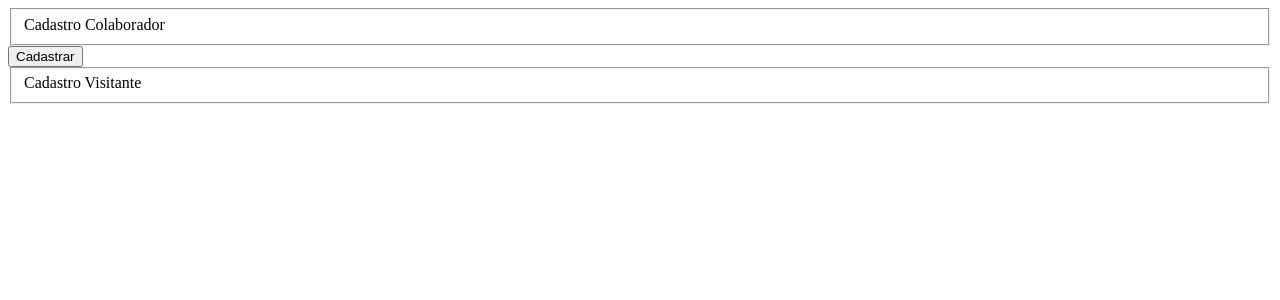
Repository: tdex/cmproject
Page: http://localhost/cmproject/
An editor plug-in stored every save of this project. The page is shown before and after the next save, followed by the edit.
The browser window is 1280 px wide. The pictures show the whole page.
The page is served by Tomcat 9.

Above is the page before, as saved 2015-06-16 15:03:56.

After the next save:
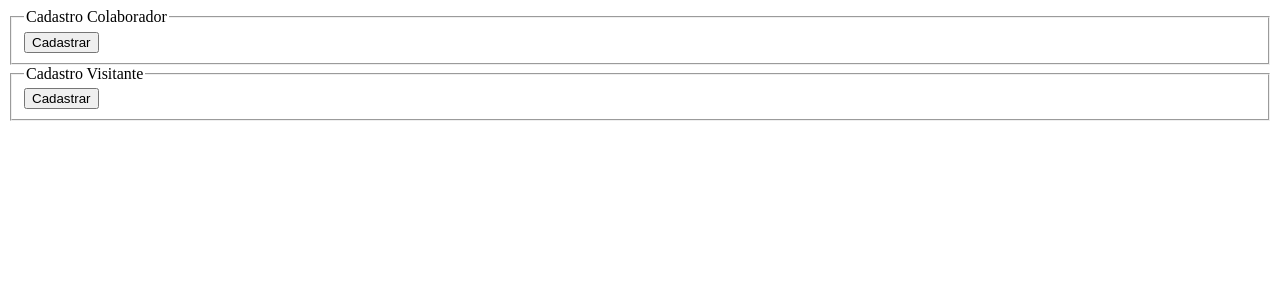
Saved 2 min 1 s later.
--- a/codigo/cmproject/cmproject/WebContent/index.jsp
+++ b/codigo/cmproject/cmproject/WebContent/index.jsp
@@ -1,5 +1,5 @@
 <%@ page language="java" contentType="text/html; charset=UTF-8"
-    pageEncoding="UTF-8"%>
+	pageEncoding="UTF-8"%>
 <!DOCTYPE html>
 <html>
 <head>
@@ -7,14 +7,19 @@
 <title>Insert title here</title>
 </head>
 <body>
-<form action="validaColaborador.jsp" method="get">
-<fieldset>Cadastro Colaborador</fieldset>
-<input type="submit" value="Cadastrar">
-</form>
+	<form action="validaColaborador.jsp" method="get">
+		<fieldset>
+			<legend>Cadastro Colaborador</legend>
+			<input type="submit" value="Cadastrar">
+		</fieldset>
+	</form>
 
-<form action="validaVisitante.jsp" method="get">
-<fieldset>Cadastro Visitante</fieldset>
-</form>
+	<form action="validaVisitante.jsp" method="get">
+		<fieldset>
+			<legend>Cadastro Visitante</legend>
+			<input type="submit" value="Cadastrar">
+		</fieldset>
+	</form>
 
 </body>
 </html>
